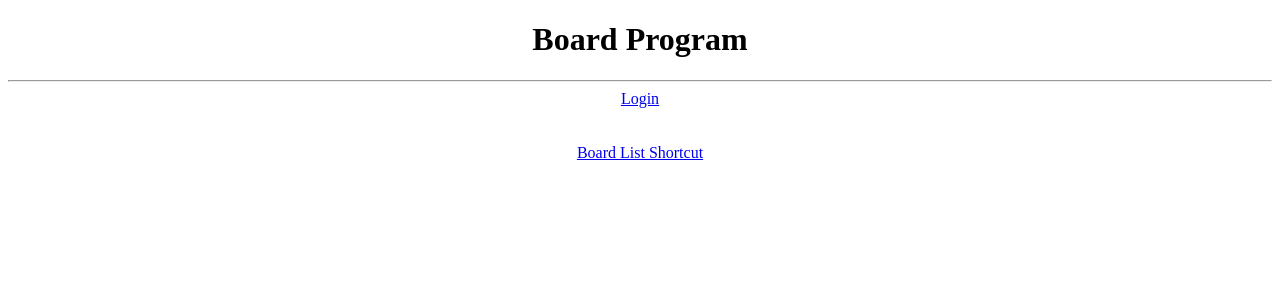
Repository: kevin1229/springTest
Page: http://localhost/BoardWeb/
The author's editor kept a copy of each file at every save. The page is drawn from the files as they stood at one save, then again after the next save.
The browser window is 1280 px wide. The pictures show the whole page.
The page is served by Tomcat 9. Nobody is signed in. The application's start-up code is not run.

Above is the page before, as saved 2020-04-05 05:26:19.

After the next save:
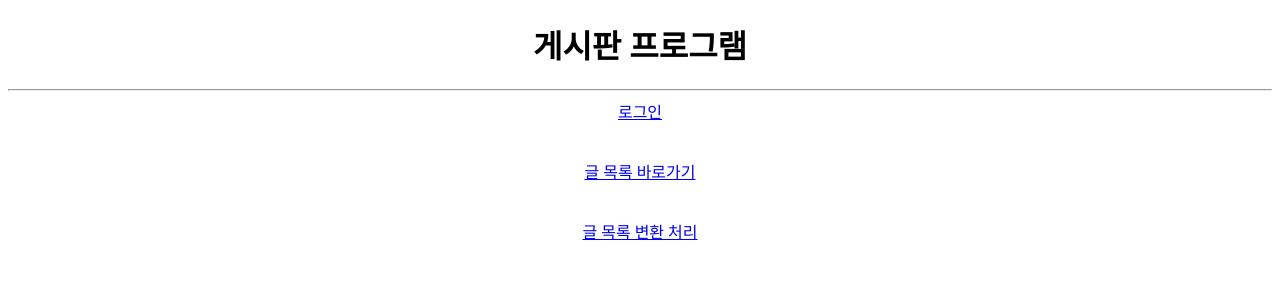
Saved 7 h 37 min later.
--- a/BoardWeb/src/main/webapp/index.jsp
+++ b/BoardWeb/src/main/webapp/index.jsp
@@ -10,10 +10,11 @@
 
 <body>
 	<center>
-		<h1>Board Program</h1>
+		<h1>게시판 프로그램</h1>
 		<hr>
-			<a href="login.do">Login</a><br><br><br>
-			<a href="getBoardList.do">Board List Shortcut</a><br><br><br>
+			<a href="login.do">로그인</a><br><br><br>
+			<a href="getBoardList.do">글 목록 바로가기</a><br><br><br>
+			<a href="dataTransform.do">글 목록 변환 처리</a><br><br><br>
 		</hr>
 	</center>
 </body>
